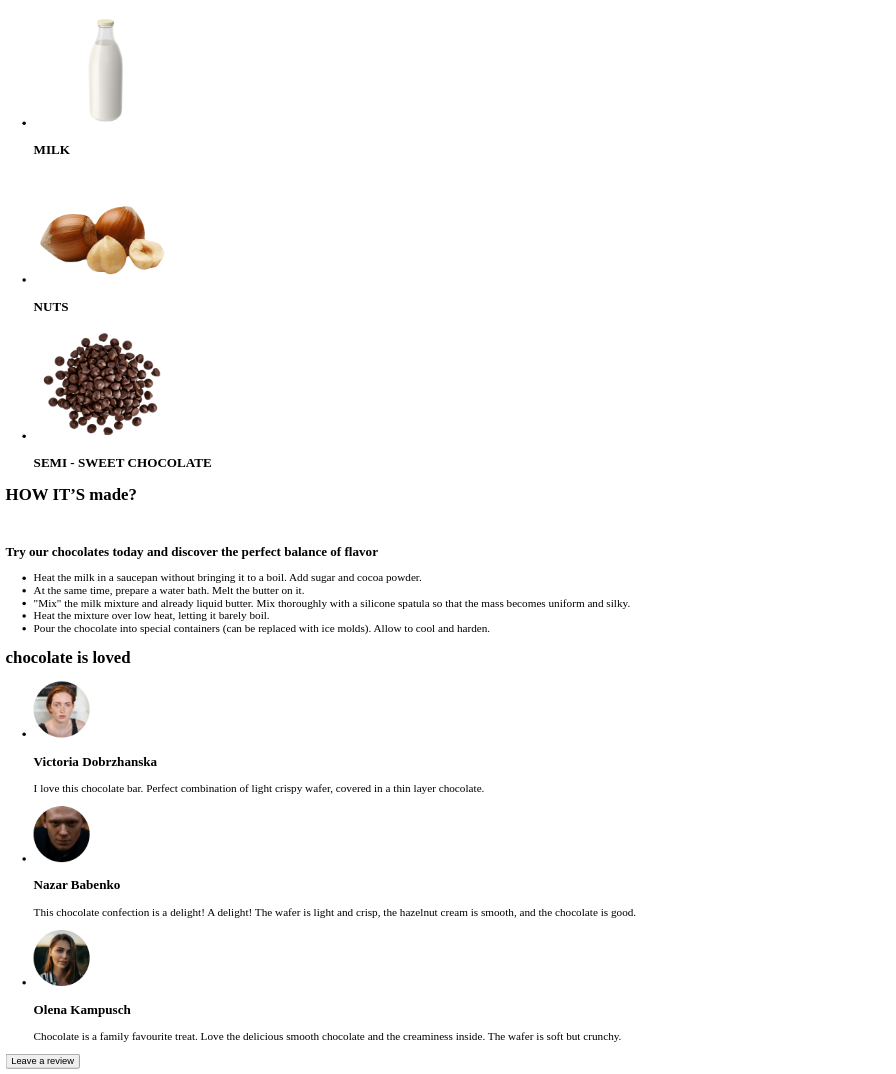
Repository: Sofiia-Khomyk/goit-markup-class-01
Page: index.html
These files come from the project's save history. The page is drawn as it stood at one moment and after the next save; the edit follows.
The browser window is 1280 px wide. The pictures show the part of the page from y = 902 to 2822 px (the page is 2436 px tall before and 2822 px after), at 70% of full size.

Above is the page before, as saved 2024-11-11 16:14:28.

### index.html
<!DOCTYPE html>
<html lang="en">
  <head>
    <meta charset="UTF-8" />
    <meta name="viewport" content="width=device-width, initial-scale=1.0" />
    <title>Chocolate</title>
  </head>
  <body>
    <!-- Page Header -->
    <header>
      <nav>
        <a href=""
          >SIMPLY CHOCOLATE
          <img src="./images/chocolate-logo.svg" alt="site logo" />
        </a>
        <ul>
          <li>
            <a href="">Home</a>
          </li>
          <li>
            <a href="">How it’s made?</a>
          </li>
          <li>
            <a href="#reviews">Chocolate is loved</a>
          </li>
        </ul>
      </nav>
      <ul>
        <li>
          <a href="" target="_blank" rel="noopener noreferrer">Instagram</a>
        </li>
        <li>
          <a href="" target="_blank" rel="noopener noreferrer">Twitter</a>
        </li>
      </ul>
    </header>

    <main>
      <!-- Hero Section -->
      <section>
        <h1>
          Treat yourself or a loved one to our finest ingredients for a moment
          of pure delight!
        </h1>
        <button type="button">Buy now</button>
        <a href="">How it’s made</a>
        <a href="#benefits">scroll down</a>
      </section>
      <!-- Our Benefits -->
      <section id="benefits">
        <h2>Our Benefits</h2>
        <ul>
          <li>
            <h3>Unsurpassed taste</h3>
            <p>
              Crafted with the finest quality cocoa beans and a dedication to
              perfection, each bite is a decadent experience that simply cannot
              be matched. Savor the richness and complexity of our Unsurpassed
              Taste and discover a new level of chocolate bliss.
            </p>
          </li>
          <li>
            <h3>Affordable price</h3>
            <p>
              Indulge in high-quality chocolate without breaking the bank with
              Simply Chocolate's selection of affordable treats. Enjoy
              mouth-watering truffles and velvety chocolate bars without
              sacrificing taste or quality. Browse our selection and indulge in
              affordable luxury today.
            </p>
          </li>
          <li>
            <h3>Own production</h3>
            <p>
              We take pride in our own production process, ensuring that every
              step is carefully crafted to perfection. From selecting the finest
              ingredients to handcrafting each piece, our attention to detail is
              evident in every bite.
            </p>
          </li>
        </ul>
      </section>
      <!-- Ingredients Section -->
      <section>
        <h2>IT ALL ADDS UP TO ONE EXCEPTIONAL TASTE SENSATION</h2>
        <p>
          At Simply Chocolate, we believe that the secret to exceptional
          chocolate is in the details. From the sourcing of the finest
          ingredients to the careful crafting of each individual piece, every
          step of our process adds up to one exceptional taste sensation.
        </p>
        <ul>
          <li>
            <img
              src="./images/ingredients/milk-chocolate.png"
              alt="Milk chocolate"
              width="206"
              height="160"
            />
            <h3>MILK CHOCOLATE</h3>
          </li>
          <li>
            <img
              src="./images/ingredients/milk.png"
              alt="Milk"
              width="206"
              height="160"
            />
            <h3>MILK</h3>
          </li>
          <li>
            <img
              src="./images/ingredients/nuts.png"
              alt="Nuts"
              width="206"
              height="160"
            />
            <h3>NUTS</h3>
          </li>
          <li>
            <img
              src="./images/ingredients/coffee.png"
              alt="Semi Sweet Chocolate"
              width="206"
              height="160"
            />
            <h3>SEMI - SWEET CHOCOLATE</h3>
          </li>
        </ul>
      </section>
      <!-- How its made -->
      <section>
        <h2>HOW IT’S made?</h2>
        <img src="" alt="" />
        <h3>
          Try our chocolates today and discover the perfect balance of flavor
        </h3>
        <ul>
          <li>
            Heat the milk in a saucepan without bringing it to a boil. Add sugar
            and cocoa powder.
          </li>
          <li>
            At the same time, prepare a water bath. Melt the butter on it.
          </li>
          <li>
            "Mix" the milk mixture and already liquid butter. Mix thoroughly
            with a silicone spatula so that the mass becomes uniform and silky.
          </li>
          <li>Heat the mixture over low heat, letting it barely boil.</li>
          <li>
            Pour the chocolate into special containers (can be replaced with ice
            molds). Allow to cool and harden.
          </li>
        </ul>
      </section>
      <!-- Reviews Section -->
      <section id="reviews">
        <h2>chocolate is loved</h2>
        <ul>
          <li>
            <img
              src="./images/reviews/vic-dob.png"
              alt="Victoria Dobrorzanska avatar"
              width="80"
              height="80"
            />
            <h3>Victoria Dobrzhanska</h3>
            <p>
              I love this chocolate bar. Perfect combination of light crispy
              wafer, covered in a thin layer chocolate.
            </p>
          </li>
          <li>
            <img
              src="./images/reviews/naz-bab.png"
              alt="Nazar Babenko avatar"
              width="80"
              height="80"
            />
            <h3>Nazar Babenko</h3>
            <p>
              This chocolate confection is a delight! A delight! The wafer is
              light and crisp, the hazelnut cream is smooth, and the chocolate
              is good.
            </p>
          </li>
          <li>
            <img
              src="./images/reviews/olen-kam.png"
              alt="Olena Kampusch avatar"
              width="80"
              height="80"
            />
            <h3>Olena Kampusch</h3>
            <p>
              Chocolate is a family favourite treat. Love the delicious smooth
              chocolate and the creaminess inside. The wafer is soft but
              crunchy.
            </p>
          </li>
        </ul>
        <button type="button">Leave a review</button>
      </section>
    </main>
    <footer></footer>
  </body>
</html>

After the next save:
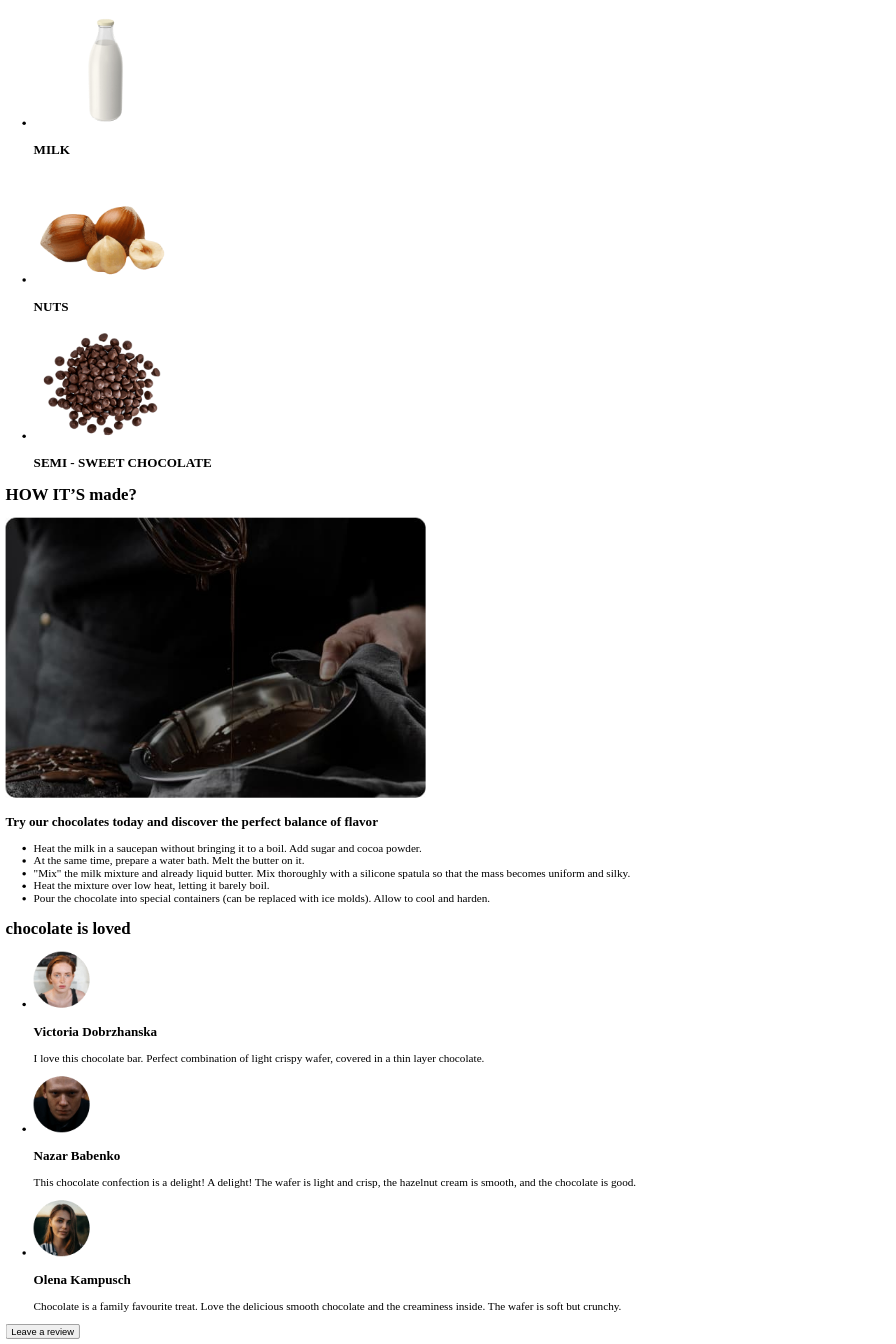
Saved 4 min 3 s later.
--- a/index.html
+++ b/index.html
@@ -131,7 +131,10 @@
       <!-- How its made -->
       <section>
         <h2>HOW IT’S made?</h2>
-        <img src="" alt="" />
+        <img
+          src="./images/made-chocolate/made-chocolate.jpg"
+          alt="How it’s made"
+        />
         <h3>
           Try our chocolates today and discover the perfect balance of flavor
         </h3>
